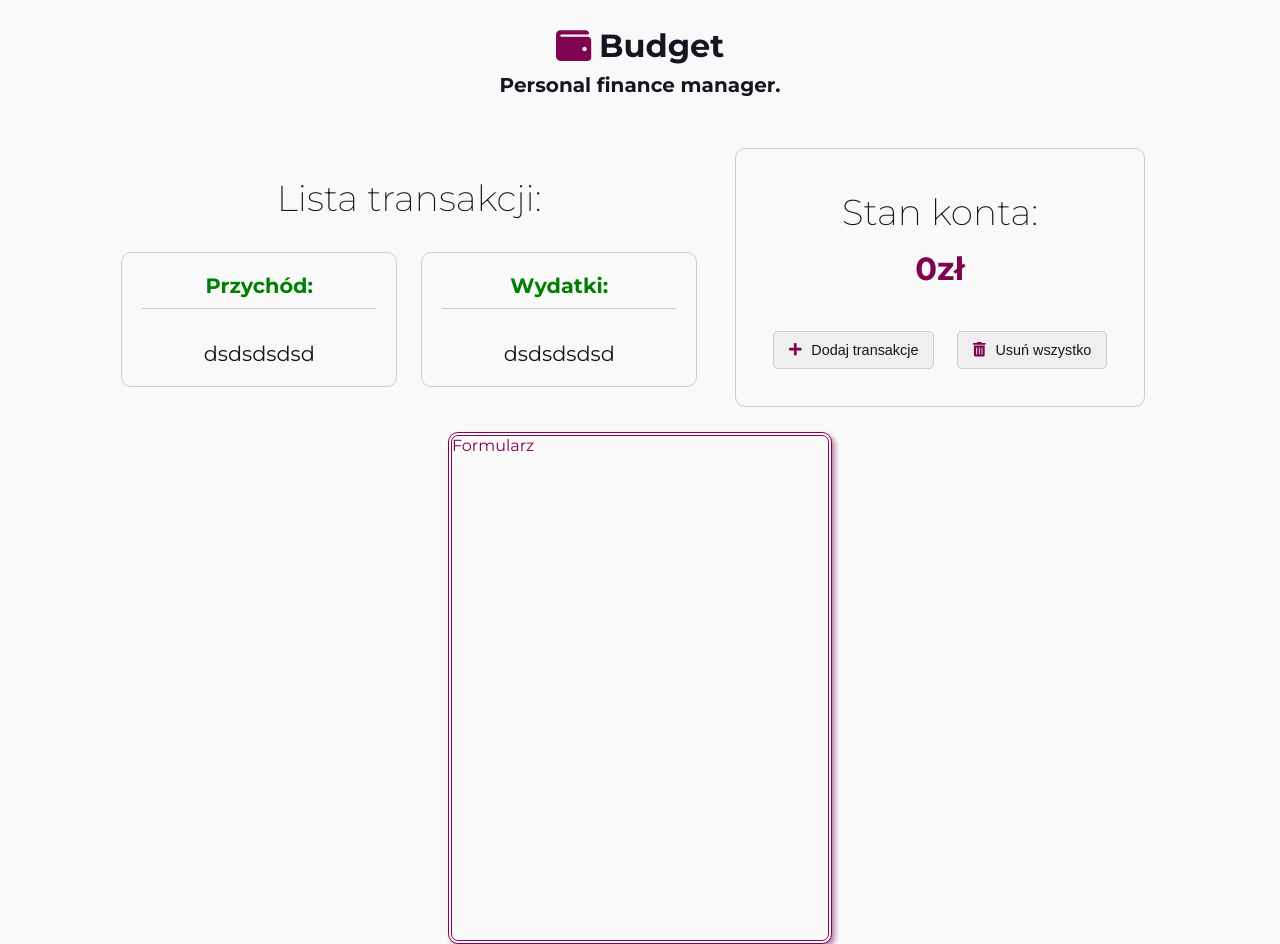
Repository: KrzysKolo/sr_tydzien4_zad4
Page: /
An editor plug-in stored every save of this project. The page is shown before and after the next save, followed by the edit.
The browser window is 1280 px wide. The pictures show the whole page.
Some web libraries are served in a nearby version. The project was rebuilt for these pictures with package versions that can differ from the ones it lists, and the page was loaded fresh each time.

Above is the page before, as saved 2020-11-30 10:23:00.

### public/index.html
<!DOCTYPE html>
<html lang="en">
  <head>
    <meta charset="utf-8" />
    <link rel="icon" href="%PUBLIC_URL%/favicon.ico" />
    <meta name="viewport" content="width=device-width, initial-scale=1" />
    <meta name="theme-color" content="#000000" />
    <meta
      name="description"
      content="Web site created using create-react-app"
    />
    <link rel="apple-touch-icon" href="%PUBLIC_URL%/logo192.png" />
    <!--
      manifest.json provides metadata used when your web app is installed on a
      user's mobile device or desktop. See https://developers.google.com/web/fundamentals/web-app-manifest/
    -->
    <link rel="manifest" href="%PUBLIC_URL%/manifest.json" />
    <!--
      Notice the use of %PUBLIC_URL% in the tags above.
      It will be replaced with the URL of the `public` folder during the build.
      Only files inside the `public` folder can be referenced from the HTML.

      Unlike "/favicon.ico" or "favicon.ico", "%PUBLIC_URL%/favicon.ico" will
      work correctly both with client-side routing and a non-root public URL.
      Learn how to configure a non-root public URL by running `npm run build`.
    -->
    <link
      href="https://fonts.googleapis.com/css?family=Montserrat:200,400,700&display=swap&subset=latin-ext"
      rel="stylesheet"
    />
    <script
      src="https://kit.fontawesome.com/327a0d490c.js"
      crossorigin="anonymous"
    ></script>
    <title>Budget</title>
  </head>
  <body>
    <noscript>You need to enable JavaScript to run this app.</noscript>
    <div id="root"></div>
    <!--
      This HTML file is a template.
      If you open it directly in the browser, you will see an empty page.

      You can add webfonts, meta tags, or analytics to this file.
      The build step will place the bundled scripts into the <body> tag.

      To begin the development, run `npm start` or `yarn start`.
      To create a production bundle, use `npm run build` or `yarn build`.
    -->
  </body>
</html>

### src/App.js
import React from 'react';
import Budget from './components/Budget'

const App = () => {
  return (
    <>
      <Budget/>
    </>
  )
}

export default App;

### src/components/Budget.js
import React from 'react';
import Header from './budgetComponents/Header';
import Section from './budgetComponents/Section';
import SectionInfo from './budgetComponents/SectionInfo';
import H2 from './budgetComponents/sectionComponents/H2';
import Form from './budgetComponents/Form';
import styled, { createGlobalStyle } from 'styled-components';

const GlobalStyle = createGlobalStyle`
    * {
        padding: 0;
        margin: 0;
        box-sizing: border-box;
    }
    body {
        background-color: #f9f9f9;
        color: #14161f;
        font-family: "Montserrat", sans-serif;
        font-size: 16px;
        min-height: 100vh;
    }
    `;
const Container = styled.main`
    font-size: 1.5rem;
`;
const SectionContainer = styled.section`
    display: flex;
    flex-direction: row;
    justify-content: center;
    align-items: center;
`;
const SectionBudget = styled.section`
    display: flex;
    flex-direction: column;
    justify-content: center;
    align-items: center;
`;
const DivItems = styled.div`
    display: flex;
    flex-direction: row;
    justify-content: center;
    align-items: center;

`;
const Budget = () => {
    return (
        <>
            <GlobalStyle />
            <Container>
                <Header />
                <SectionContainer>
                    <SectionBudget>
                        <H2 title={"Lista transakcji"} />
                        <DivItems>
                            <Section title={"Przychód"} label={"p"}/>
                            <Section title={"Wydatki"}/>
                        </DivItems>
                    </SectionBudget>
                    <SectionInfo title={"Stan konta"}/>
                </SectionContainer>
            </Container>
            <Form />
        </>
    )
}

export default Budget;

### src/components/budgetComponents/Header.js
import React from 'react';
import styled from 'styled-components';
import { FontAwesomeIcon } from '@fortawesome/react-fontawesome';
import { faWallet } from '@fortawesome/free-solid-svg-icons';

const SectionHeader = styled.header`
    align-items: center;
    color: rgb(127, 5, 80);
    display: flex;
    font-size: 2.2rem;
    flex-direction: column;
    justify-content: center;
    padding: 2%;
`;
const DivHeader = styled.div`
    align-items: center;
    display: flex;
    flex-direction: row;
    justify-content: center;
    margin-bottom: 0.5rem;
`;
const H1Header = styled.h1`
    color: #14161f;
    font-size: 2rem;
    margin-left: .5rem;
`;
const H2Header = styled.h2`
    color: #14161f;
    font-size: 1.25rem;
`;
const Header = () => {
    return (
        <SectionHeader>
            <DivHeader>
                <FontAwesomeIcon icon={faWallet}/>
                <H1Header>Budget</H1Header>
            </DivHeader>
            <H2Header>Personal finance manager.</H2Header>
        </SectionHeader>
    )
}

export default Header;

### src/components/budgetComponents/Section.js
import React from 'react';
import H1 from './sectionComponents/H1';
import styled from 'styled-components';

const SectionWrapper = styled.section`
    border: 1px solid #ccc;
    border-radius: 10px;
    display: flex;
    flex-direction: column;
    font-size: 1.3rem;
    justify-content: center;
    align-items: center;
    margin: 2%;
    padding: 20px;
    width: 300px;
`;
const Section = ({ title, label }) => {
    return (
        <SectionWrapper>
           <H1 title={title} label={label}> </H1>
           <p>dsdsdsdsd</p>
        </SectionWrapper>
    )
}

export default Section;

### src/components/budgetComponents/SectionInfo.js
import React from 'react';
import H2 from './sectionComponents/H2';
import P from './sectionComponents/P';
import Button from './../budgetComponents/buttons/Button';
import styled from 'styled-components';
import { FontAwesomeIcon } from '@fortawesome/react-fontawesome';
import { faEllipsisV, faHeart, faPlus,  faTrashAlt, faShareAlt, faAngleDown } from '@fortawesome/free-solid-svg-icons';
const SectionWrapper = styled.section`
    border: 1px solid #ccc;
    border-radius: 10px;
    display: flex;
    flex-direction: column;
    margin: 2vw;
    padding: 2%;
`;
const ButtonWrapper = styled.div`
    display: flex;
    flex-direction: row;
`;
const Section = ({ title }) => {
    return (
        <SectionWrapper>
           <H2 title={title}> </H2>
           <P />
           <ButtonWrapper>
                <Button title={"Dodaj transakcje"} icons={faPlus} type="submit"/>
                <Button title={"Usuń wszystko"} icons={faTrashAlt} type="submit"/>

           </ButtonWrapper>
        </SectionWrapper>
    )
}

export default Section;

### src/components/budgetComponents/sectionComponents/H2.js
import React from 'react'
import styled from 'styled-components';

const TitleH2 = styled.h2`
    font-weight: 200;
    margin: 2% auto;
    padding: 0.5rem;
`;

const H2 = ({title}) => {
    return (
        <TitleH2>
            {title}:
        </TitleH2>
    )
}

export default H2;

### src/components/budgetComponents/Form.js
import React from 'react';
import styled, { createGlobalStyle }from 'styled-components';

const FormWrapper = styled.form`
    background-color: #f9f9f9;
    color: rgb(127, 5, 80);
    border: 4px double rgb(127, 5, 80);
    border-radius: 10px;
    box-shadow: 3px 3px 5px rgba(127, 5, 80, 0.5);
    width: 30vw;
    height: 40vw;
    margin: 0 auto;
`;

const Form = () => {
    return (
        <FormWrapper>
            Formularz
        </FormWrapper>
    )
}

export default Form;

### src/components/budgetComponents/sectionComponents/H1.js
import React from 'react'
import styled from 'styled-components';

const TitleH1 = styled.h1`
    border-bottom: 1px solid #ccc;
    color: ${label => label ? 'green' : 'red'};
    margin-bottom: 2rem;
    padding-bottom: 10px;
    display: block;
    width: 100%;
    text-align: center;
`;

const H1 = ({title, label}) => {
    return (
        <TitleH1>
            {title}:
        </TitleH1>
    )
}

export default H1;

### src/components/budgetComponents/sectionComponents/P.js
import React from 'react';
import styled from 'styled-components';

const InfoP = styled.p`
    color: rgb(127, 5, 80);
    font-size: 2rem;
    font-weight: bold;
    width: 100%auto;
    text-align: center;
    padding-bottom: 2rem;
`;

const P = () => {
    return (
        <InfoP>
            0zł
        </InfoP>
    )
}

export default P;

### src/components/budgetComponents/buttons/Button.js
import React from 'react';
import styled from 'styled-components';
import { FontAwesomeIcon } from '@fortawesome/react-fontawesome';

const ButtonDiv = styled.button`
    border: 1px solid #ccc;
    border-radius: 5px;
    margin: 0.7rem;
    padding: 10px 15px;
    display: flex;
    flex-direction: row;
    color: rgb(127, 5, 80);
    font-size: 0.9rem;
    cursor: pointer;
    transition: 0.3s ease-in-out;
    &:hover {
        border: 1px solid rgba(127, 5, 80, 0.4);
        background-color:  #f9f9f9;
        color: rgba(127, 5, 80, 0.5);
    }
`;
const ButtonTitleDiv = styled.div`
    margin-left: 10px;
    color: #14161f;
`;
const Button = ({ title, icons }) => {
    return (
        <ButtonDiv>
            <FontAwesomeIcon icon={icons} />
            <ButtonTitleDiv>{title}</ButtonTitleDiv>
        </ButtonDiv>
    )
}

export default Button;

### src/components/budgetComponents/formComponents/Header.js
import React from 'react';
import styled from 'styled-components';

const TitleH1 = styled.h1`
`;

const Header = ({ title} ) => {
    return (
        <TitleH1>
            {title}
        </TitleH1>
    )
}

export default Header;

Loaded but not shown: src/index.js (common file); src/index.css (common file)

After the next save:
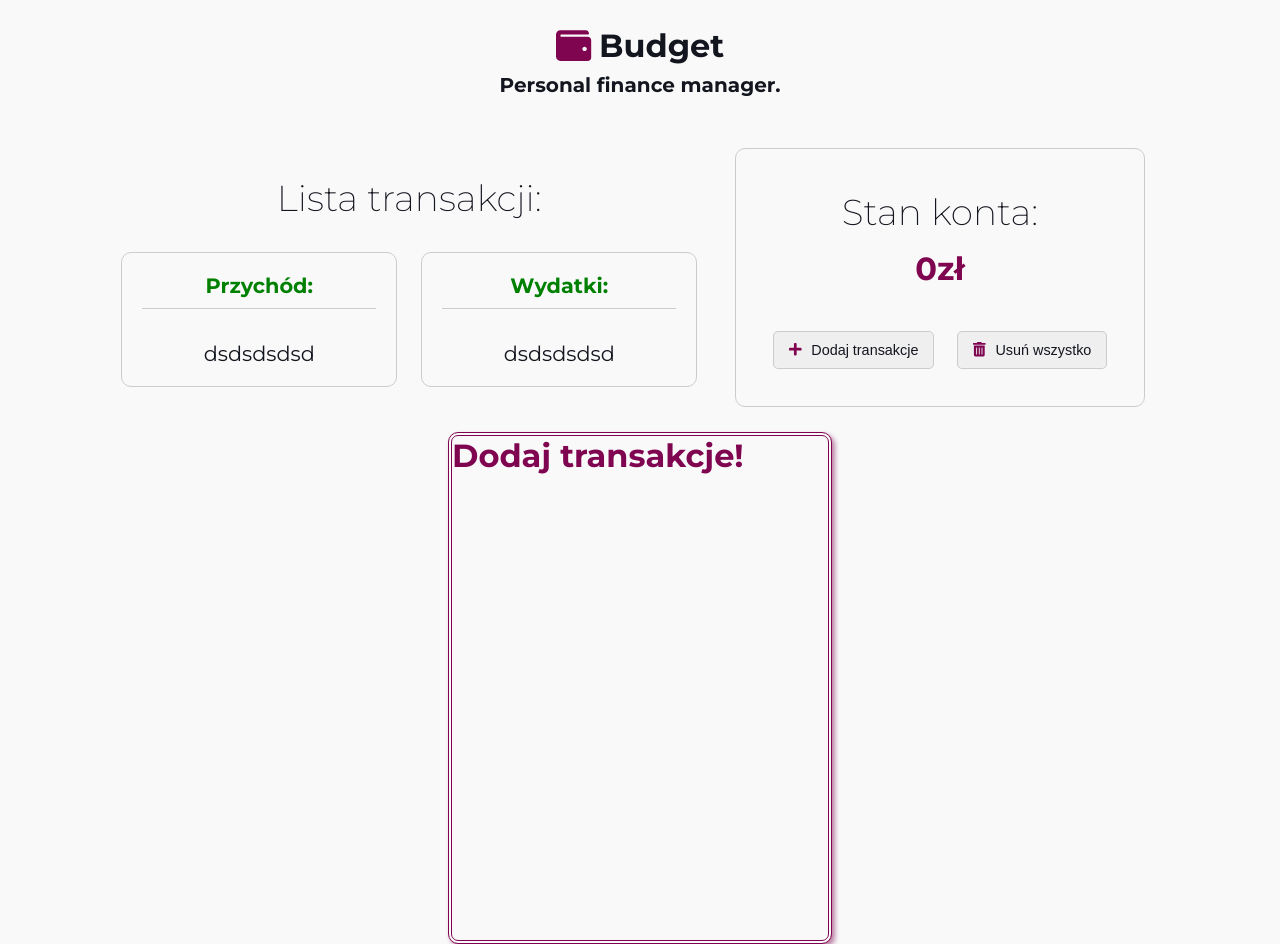
Saved 71 s later.
--- a/src/components/budgetComponents/Form.js
+++ b/src/components/budgetComponents/Form.js
@@ -1,4 +1,5 @@
 import React from 'react';
+import Header from './formComponents/Header';
 import styled, { createGlobalStyle }from 'styled-components';
 
 const FormWrapper = styled.form`
@@ -15,7 +16,7 @@ const FormWrapper = styled.form`
 const Form = () => {
     return (
         <FormWrapper>
-            Formularz
+            <Header title={"Dodaj transakcje!"} />
         </FormWrapper>
     )
 }
